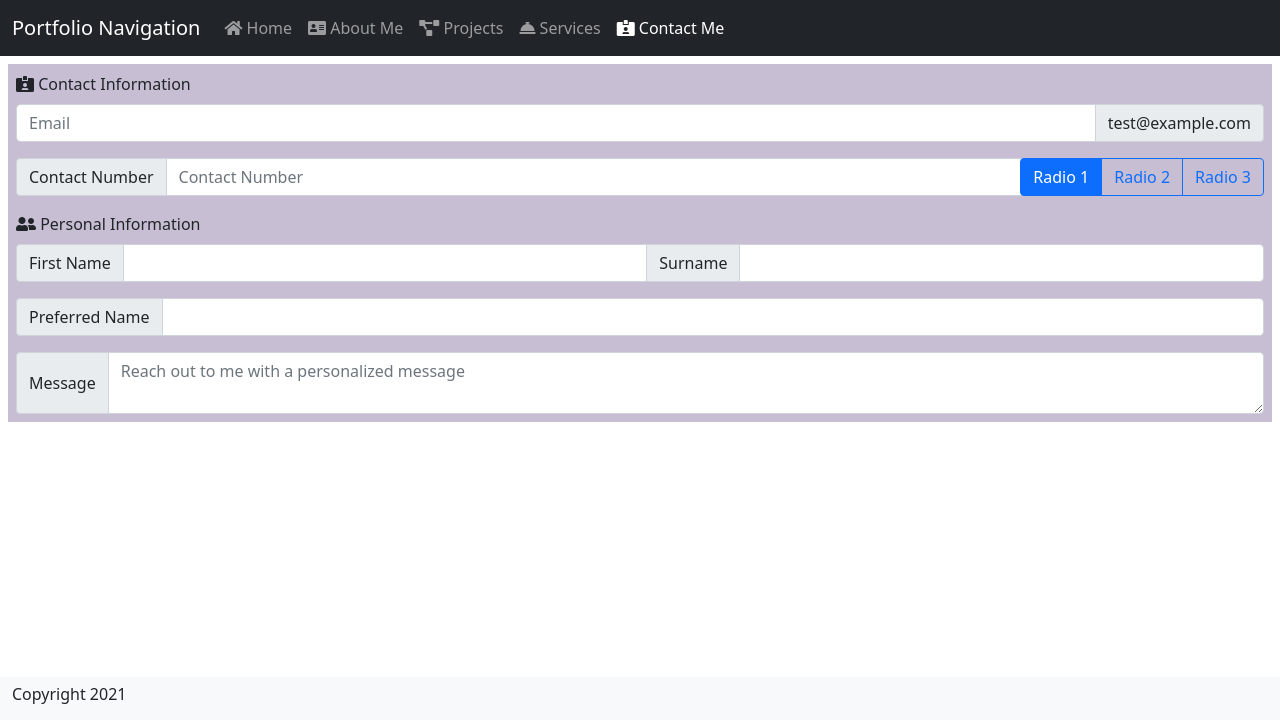
Repository: GarlicButterBoy/Portfolio
Page: contact.html
The author's editor kept a copy of each file at every save. The page is drawn from the files as they stood at one save, then again after the next save.
The browser window is 1280 px wide. The page is 1284 px wide, so the pictures cover 1284 px, including what lies to the right of the window. The pictures show the whole page.

Above is the page before, as saved 2021-06-09 13:21:20.

### contact.html
<!DOCTYPE html>
<html lang="en">
<head>
    <meta charset="UTF-8">
    <meta http-equiv="X-UA-Compatible" content="IE=edge">
    <meta name="viewport" content="width=device-width, initial-scale=1.0">
    <title>Nick Sturch-Flint Portfolio</title>
    <link rel="stylesheet" href="./node_modules/bootstrap/dist/css/bootstrap.min.css">
    <link rel="stylesheet" href="./node_modules/@fortawesome/fontawesome-free/css/all.min.css">
    <link rel="stylesheet" href="./Content/app.css">
</head>
<body>
  <!-- Main Navigation -->
    <nav class="navbar navbar-expand-lg navbar-dark bg-dark">
        <div class="container-fluid">
          <a class="navbar-brand" href="#">Portfolio Navigation</a>
          <button class="navbar-toggler" type="button" data-bs-toggle="collapse" data-bs-target="#navbarNavAltMarkup" aria-controls="navbarNavAltMarkup" aria-expanded="false" aria-label="Toggle navigation">
            <span class="navbar-toggler-icon"></span>
          </button>
          <div class="collapse navbar-collapse" id="navbarNavAltMarkup">
            <div class="navbar-nav ml-auto">
              <a id="home" class="nav-link" aria-current="page" href="index.html"><i class="fas fa-home"></i> Home</a>
              <a id="about" class="nav-link" href="about.html"><i class="fas fa-address-card"></i> About Me</a>
              <a id="projects" class="nav-link" href="projects.html"><i class="fas fa-project-diagram"></i> Projects</a>
              <a id="services" class="nav-link" href="services.html"><i class="fas fa-concierge-bell"></i> Services</a>
              <a id="contact" class="nav-link" href="contact.html"><i class="fas fa-id-card-alt"></i> Contact Me</a>
            </div>
          </div>
        </div>
      </nav>
      <!-- End of Main Navigation -->

      <main class="containrer p-2">
        <div class="row">
          <div class="col">
            <div class="jumbotron p-2" id="contentArea">
              <label for="basic-url" class="form-label"><i class="fas fa-id-card-alt"></i> Contact Information</label>
              <div class="input-group mb-3">
                <input type="text" class="form-control" placeholder="Email" aria-label="Email" aria-describedby="basic-addon2">
                <span class="input-group-text" id="basic-addon2">test@example.com</span>
              </div>

              <div class="input-group mb-3">
                <span class="input-group-text" id="basic-addon2">Contact Number</span>
                <input type="text" class="form-control" placeholder="Contact Number" aria-label="Contact Number" aria-describedby="basic-addon2">

                <div class="btn-group" role="group" aria-label="Basic radio toggle button group">
                  <input type="radio" class="btn-check" name="btnradio" id="btnradio1" autocomplete="off" checked>
                  <label class="btn btn-outline-primary" for="btnradio1">Radio 1</label>

                  <input type="radio" class="btn-check" name="btnradio" id="btnradio2" autocomplete="off">
                  <label class="btn btn-outline-primary" for="btnradio2">Radio 2</label>

                  <input type="radio" class="btn-check" name="btnradio" id="btnradio3" autocomplete="off">
                  <label class="btn btn-outline-primary" for="btnradio3">Radio 3</label>
                </div>

              </div>

              <label for="basic-url" class="form-label"><i class="fas fa-user-friends"></i> Personal Information</label>
              <div class="input-group mb-3">
                <span class="input-group-text" id="basic-addon3">First Name</span>
                <input type="text" class="form-control" id="basic-url" aria-describedby="basic-addon3">

                <span class="input-group-text">Surname</span>
                <input type="text" class="form-control" aria-label="Surname">
              </div>

              <div class="input-group mb-3">
                <span class="input-group-text">Preferred Name</span>
                <input type="text" class="form-control" aria-label="Preferred Name">
              </div>



              <div class="input-group">
                <span class="input-group-text">Message</span>
                <textarea class="form-control" placeholder="Reach out to me with a personalized message" aria-label="Message"></textarea>
              </div>
            </div>
          </div>
        </div>
      </main>


      <footer>
        <nav class="navbar fixed-bottom navbar-light bg-light">
          <div class="container-fluid">
            <h6>Copyright 2021</h6>
          </div>
        </nav>
      </footer>

      <!-- Third Party Libraries -->
      <script src="./node_modules/jquery/dist/jquery.min.js"></script>
      <script src="./node_modules/bootstrap/dist/js/bootstrap.min.js"></script>

      <!-- Third Party Libraries -->
    <script src="./Scripts/app.js"></script>
</body>
</html>

### Content/app.css
.jumbotron {
    background-color: #c7bed3;
  }

### Scripts/app.js
"use strict";

//IIFE - Immediately Invoked Function Expression
// OR - Anonymous Self Executing Function
(function()
{
    //declare function variables here...
    console.log("%cDeclaring Variables", "color:blue");

    /**
     * Variable Initialization in this function
     */
    function Start()
    {
        console.log("%cInitializing Variables", "color:green");

        PageSwitcher();

        Main();
    }

    function PageSwitcher()
    {
        let name = window.location.pathname; //returns full .html page name
        let pageName = name.substring(1, name.length - 5); //returns page name without the first / and the final .html


        switch(pageName)
        {
            case "index":
                DisplayHome();

                break;
            case "about":
                DisplayAbout();
                break;
            case "projects":
                DisplayProjects();
                break;
            case "services":
                DisplayServices();
                break;
            case "contact":
                DisplayContact();
                break;
            default:
                console.error("Page Not Found");
                break;
        }

        $("#"+pageName).addClass("active"); //makes the active page link highlighted
    }

    function DisplayHome()
    {
        document.getElementById("home").className = "nav-link active";
         $("button").on("click", () => {
              location.href = "projects.html";
         });
    }

    function DisplayAbout()
    {

    }

    function DisplayProjects()
    {

    }

    function DisplayServices()
    {

    }

    function DisplayContact()
    {

    }

    /**
     * Main program Entry point is here
     */
    function Main()
    {
        console.log("%cMain Program Starting", "color:orange");

    }

    window.addEventListener("load", Start);
})();

Loaded but not shown: node_modules/bootstrap/dist/css/bootstrap.min.css (library); node_modules/@fortawesome/fontawesome-free/css/all.min.css (library); node_modules/jquery/dist/jquery.min.js (library); node_modules/bootstrap/dist/js/bootstrap.min.js (library)

After the next save:
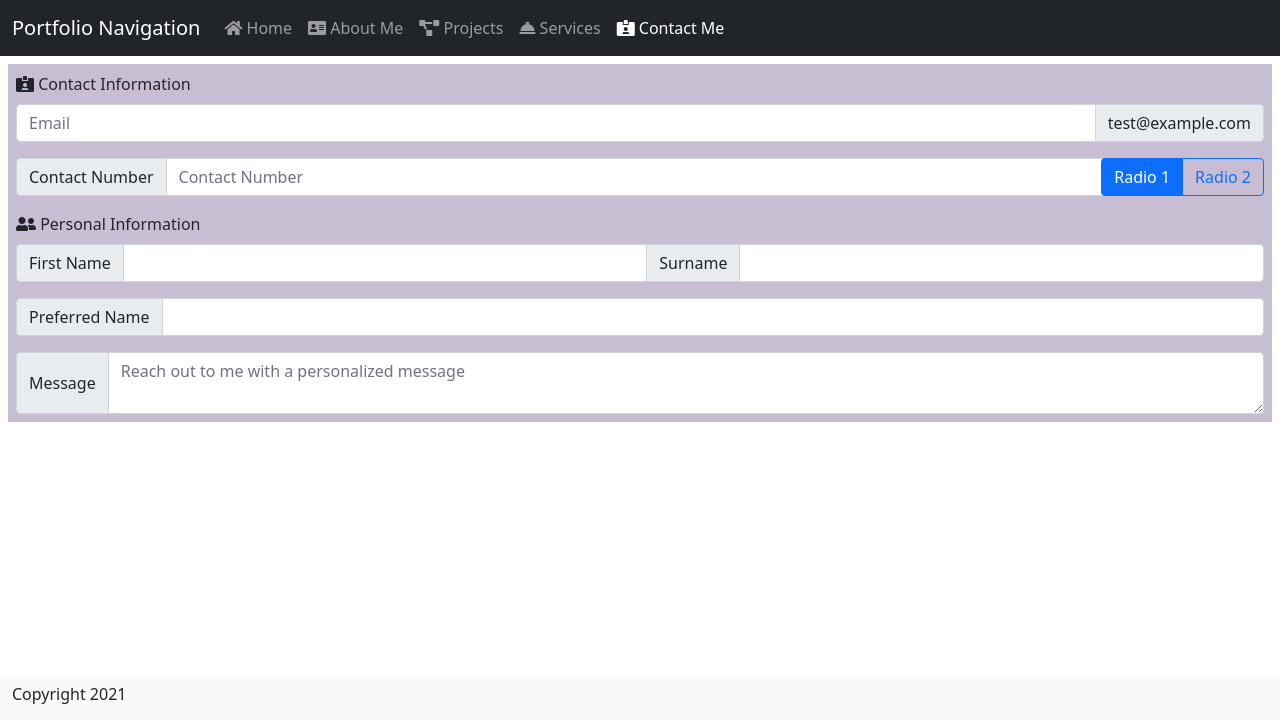
Saved 13 s later.
--- a/contact.html
+++ b/contact.html
@@ -50,9 +50,6 @@
 
                   <input type="radio" class="btn-check" name="btnradio" id="btnradio2" autocomplete="off">
                   <label class="btn btn-outline-primary" for="btnradio2">Radio 2</label>
-
-                  <input type="radio" class="btn-check" name="btnradio" id="btnradio3" autocomplete="off">
-                  <label class="btn btn-outline-primary" for="btnradio3">Radio 3</label>
                 </div>
 
               </div>
